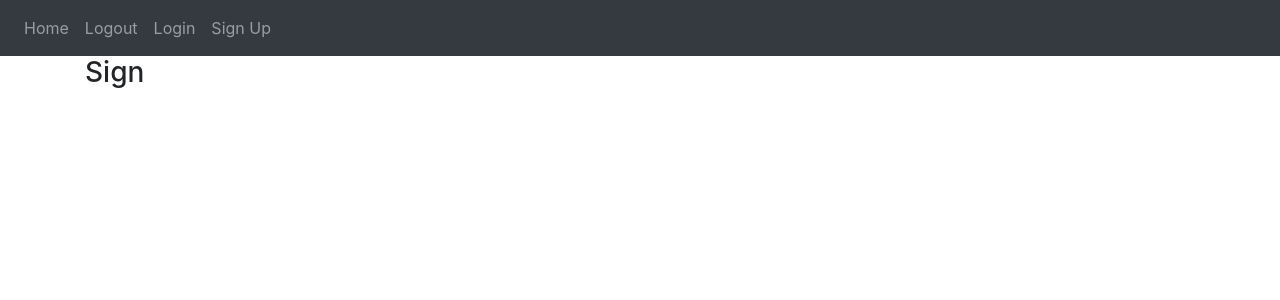
Repository: seafgomaa/userdashboard-flask
Page: http://localhost/signup
These files come from the project's save history. The page is drawn as it stood at one moment and after a run of saves; the edit follows.
The browser window is 1280 px wide. The pictures show the whole page.
Some web libraries are served in a nearby version. The page is served by the project's application, run on Flask 3 (website/__init__.py).

Above is the page before, as saved 2022-08-10 20:23:01.

After the next 4 saves:
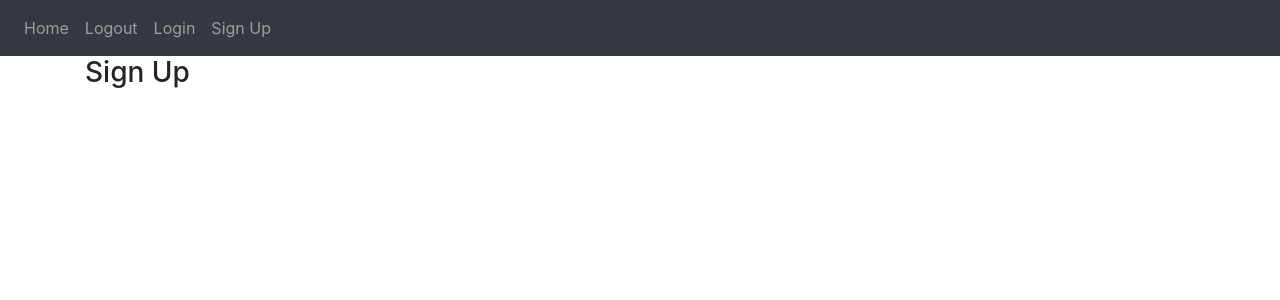
The 4 saves are shown as one change because they came seconds apart.
The last was saved 11 s later.
--- a/website/templates/signup.html
+++ b/website/templates/signup.html
@@ -2,6 +2,9 @@
 {% block title %}Login{% endblock %}
 {% block content %}
 <form>
-    <h3>Sign</h3>
+    <h3>Sign Up</h3>
+    <div>
+
+    </div>
 </form>
 {% endblock %}
